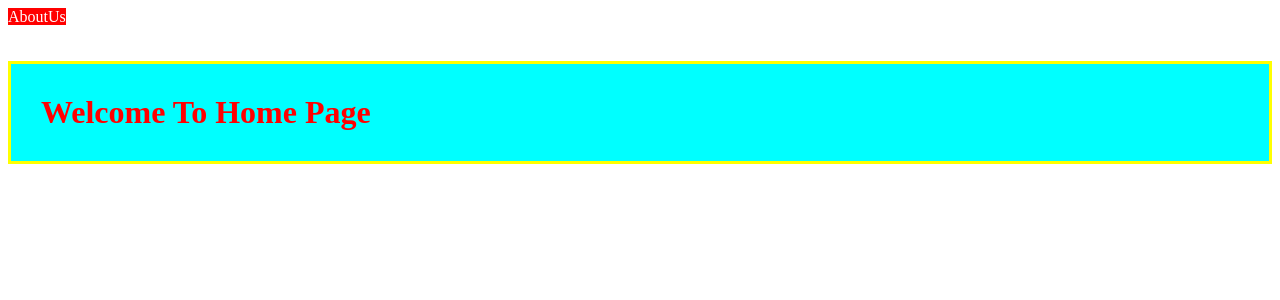
Repository: Raviteja6671/Django
Page: myProject/basic/templates/home.html
An editor plug-in stored every save of this project. The page is shown before and after a run of saves, followed by the edit.
The browser window is 1280 px wide. The pictures show the whole page.

Above is the page before, as saved 2025-12-07 20:04:01.

After the next 3 saves:
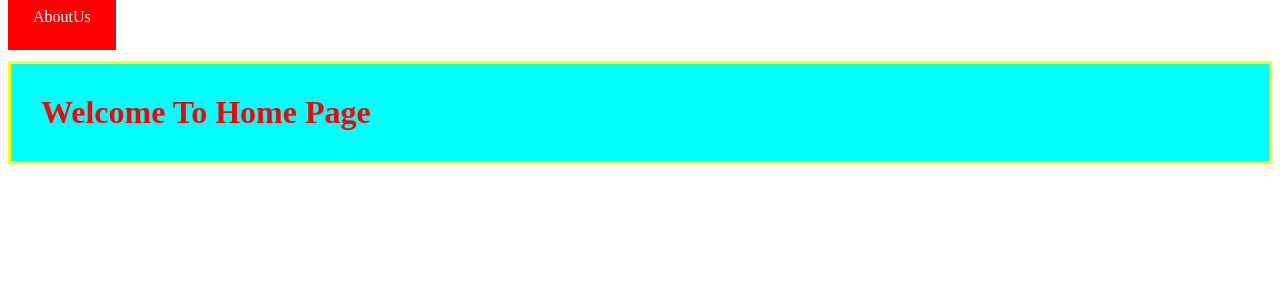
The 3 saves are shown as one change because they came seconds apart.
The last was saved 8 s later.
--- a/myProject/basic/templates/home.html
+++ b/myProject/basic/templates/home.html
@@ -17,7 +17,8 @@
             text-decoration: none;
             background-color: red;
             color: white;
-            padding: ;
+            padding: 25px;
+            font
         }
     </style>
 
